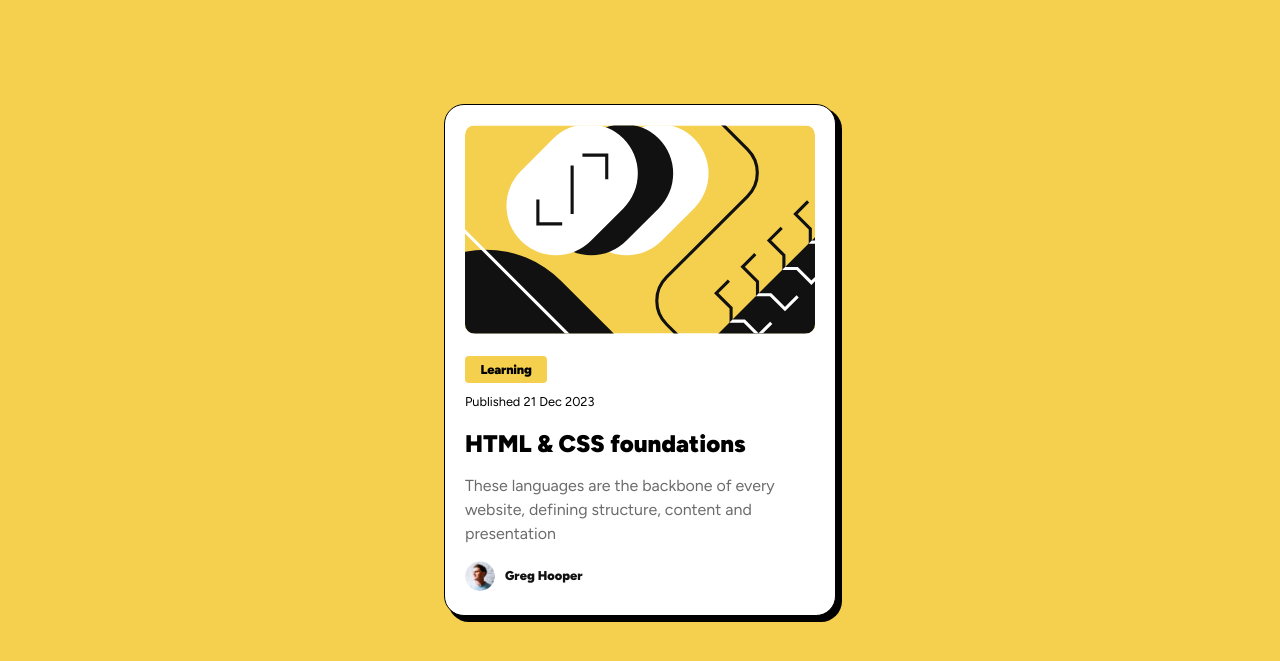
Repository: brandontaylor1/blogpreviewcard
Page: index.html
An editor plug-in stored every save of this project. The page is shown before and after the next save, followed by the edit.
The browser window is 1280 px wide. The pictures show the whole page.

Above is the page before, as saved 2024-12-25 12:27:34.

### index.html
<!DOCTYPE html>
<html lang="en">
<head>
    <meta charset="UTF-8">
    <meta name="viewport" content="width=device-width, initial-scale=1.0">
    <link rel="preconnect" href="https://fonts.googleapis.com">
    <link rel="preconnect" href="https://fonts.gstatic.com" crossorigin>
    <link href="https://fonts.googleapis.com/css2?family=Figtree:ital,wght@0,300..900;1,300..900&display=swap" rel="stylesheet">
    <link rel="stylesheet" href="./index.css">
    <title>HTML & CSS Foundations</title>
</head>
<body>
    <main class="container">
        <div class="img-container">
            <img src="./images/illustration-article.svg" class="heading-img" alt="">
        </div>
        <div class="card-content">
            <p id="learning-tag">Learning</p>
            <div class="card-content-text">
                <p>Published 21 Dec 2023</p>
                <h2>HTML & CSS foundations</h2>
                <h3>These languages are the backbone of every website, defining structure, content and presentation</h3>
            </div>
        </div>
        <div class="user-footer">
            <img src="./images/image-avatar.webp" alt="person-image">
            <p>Greg Hooper</p>
        </div>
    </main>

    <script src="index.js"></script>
</body>
</html>

### index.css
:root {
    /* COLORS */
    --primary-yellow: hsl(47, 88%, 63%);
    --primary-white: hsl(0, 0%, 100%);
    --primary-gray-reg: hsl(0, 0%, 42%);
    --primary-gray-bold: hsl(0, 0%, 7%);

    --main-font-size: 16px;

    --main-font-url: "Figtree", sans-serif;
    --main-font-weight-reg: 500;
    --main-font-weight-bold: 900;
}

/* @font-face {
    font-family: 'Figtree-SemiBold';
    src: var(--main-font-url);
    font-weight: var(--main-font-weight-reg);
}

@font-face {
    font-family: 'Figtree-ExtraBold';
    src: var(--main-font-bold-url);
    font-weight: var(--main-font-weight-bold);
}  */


body {
    box-sizing: border-box;
    margin: 0;
    padding: 0;
    height: 100vh;
    display: flex;
    align-items: center;
    justify-content: center;
    background-color: var(--primary-yellow);
}

.container {
    width: 350px;
    height: 470px;
    margin: 0 auto;
    padding: 0 20px;
    background-color: var(--primary-white);
    width: 350px;
    padding: 20px;
    border-radius: 20px;
    border: 1px solid black;
    box-shadow: 5px 5px 0 1px rgba(0, 0, 0, 1);
    transition: all 0.3s ease;
}

.container:hover {
    box-shadow: 0 0 0 0 rgba(0, 0, 0, 0.5);
    height: 465px;
    width: 345px;
    border: .25px solid black;
}

.heading-img {
    width: 100%;
    margin-bottom: 5px;
    border-radius: 10px;
}

.card-content {
    width: 100%;
    display: flex;
    flex-direction: column;
    align-items: left;
    justify-content: space-between;
}

#learning-tag {
    background-color: var(--primary-yellow);
    padding: 6px 1px;
    border-radius: 4px;
    font-family: var(--main-font-url);
    font-weight: var(--main-font-weight-bold);
    font-size: .8rem;
    width: 80px;
    text-align: center;
    letter-spacing: -.25px;

}

.card-content-text {
    margin-top: -15px;
    font-size: .8rem;
    font-family: var(--main-font-url);
}

.card-content-text h2 {
    font-size: 1.5rem;
    font-family: var(--main-font-bold-url);
    font-weight: var(--main-font-weight-bold);
    margin-bottom: 10px;
    transition: color 0.3s ease;
}

.card-content-text h2:hover {
    color: var(--primary-yellow)

}

.card-content-text h3 {
    font-size: 1rem;
    font-family: var(--main-font-url);
    font-weight: 400;
    line-height: 1.5;
    margin-bottom: 10px;
    color: var(--primary-gray-reg);
}

.user-footer {
    display: flex;
    align-items: center;

}

.user-footer img {
    width: 30px;
    height: 30px;
    border-radius: 50%;
    margin-right: 10px;
}

.user-footer p {
    font-size: .8rem;
    font-family: var(--main-font-url);
    font-weight: var(--main-font-weight-bold);
    color: var(--primary-gray-bold);
}

Loaded but not shown: index.js (no stored copy; drawn as an empty file)

After the next save:
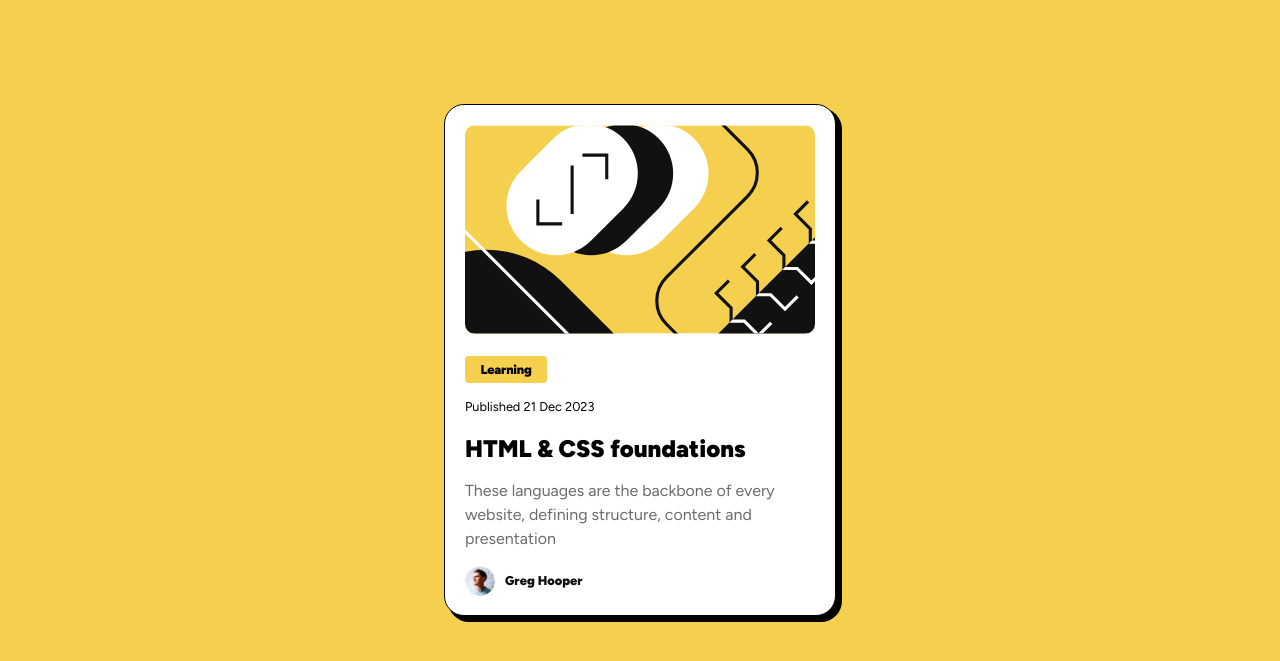
Saved 46 s later.
--- a/index.css
+++ b/index.css
@@ -85,7 +85,7 @@ body {
 }
 
 .card-content-text {
-    margin-top: -15px;
+    margin-top: -10px;
     font-size: .8rem;
     font-family: var(--main-font-url);
 }

After the save that followed:
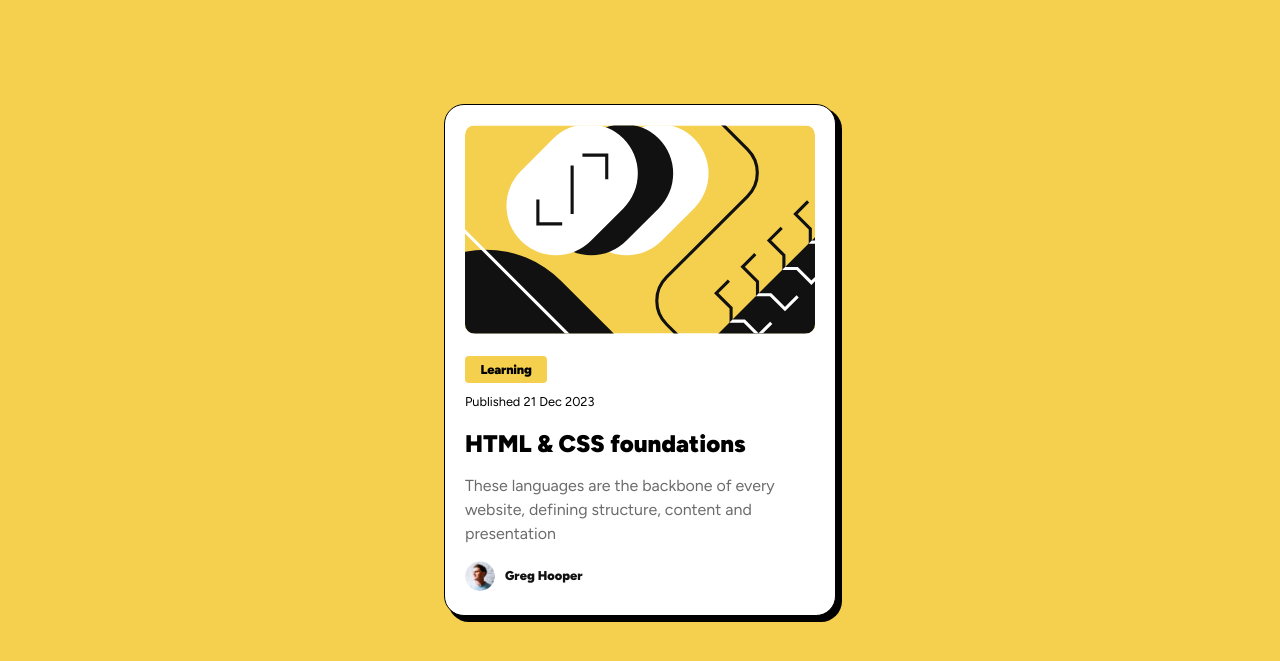
Saved 5 s later.
--- a/index.css
+++ b/index.css
@@ -85,7 +85,7 @@ body {
 }
 
 .card-content-text {
-    margin-top: -10px;
+    margin-top: -15px;
     font-size: .8rem;
     font-family: var(--main-font-url);
 }
